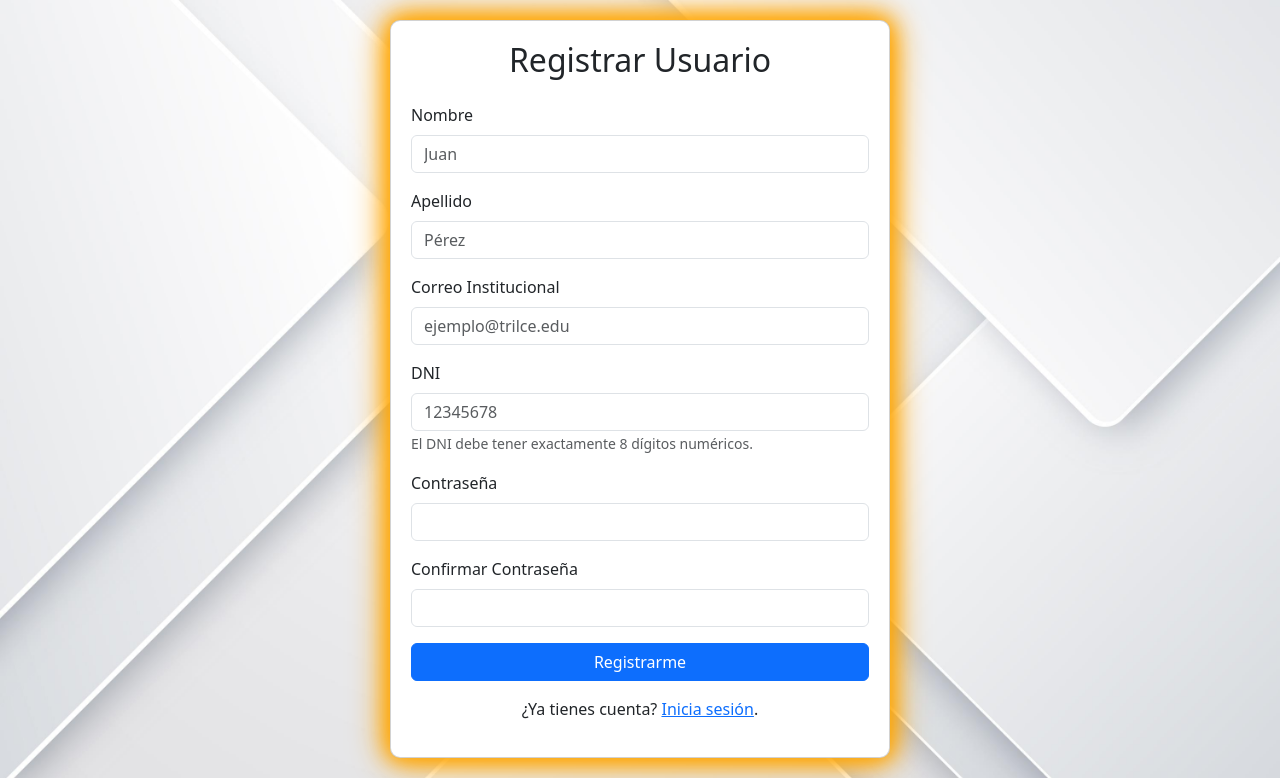
Repository: maycky02/Bibloteca_integrador
Page: http://localhost/registrarme
The author's editor kept a copy of each file at every save. The page is drawn from the files as they stood at one save, then again after the next save.
The browser window is 1280 px wide. The pictures show the whole page.
Backgrounds fixed to the window are drawn as part of the page. The page is this project's Thymeleaf template; nobody is signed in. The template is opened directly, without the code that normally fills it, so the values that code supplies are empty.

Above is the page before, as saved 2024-12-03 22:31:31.

After the next save:
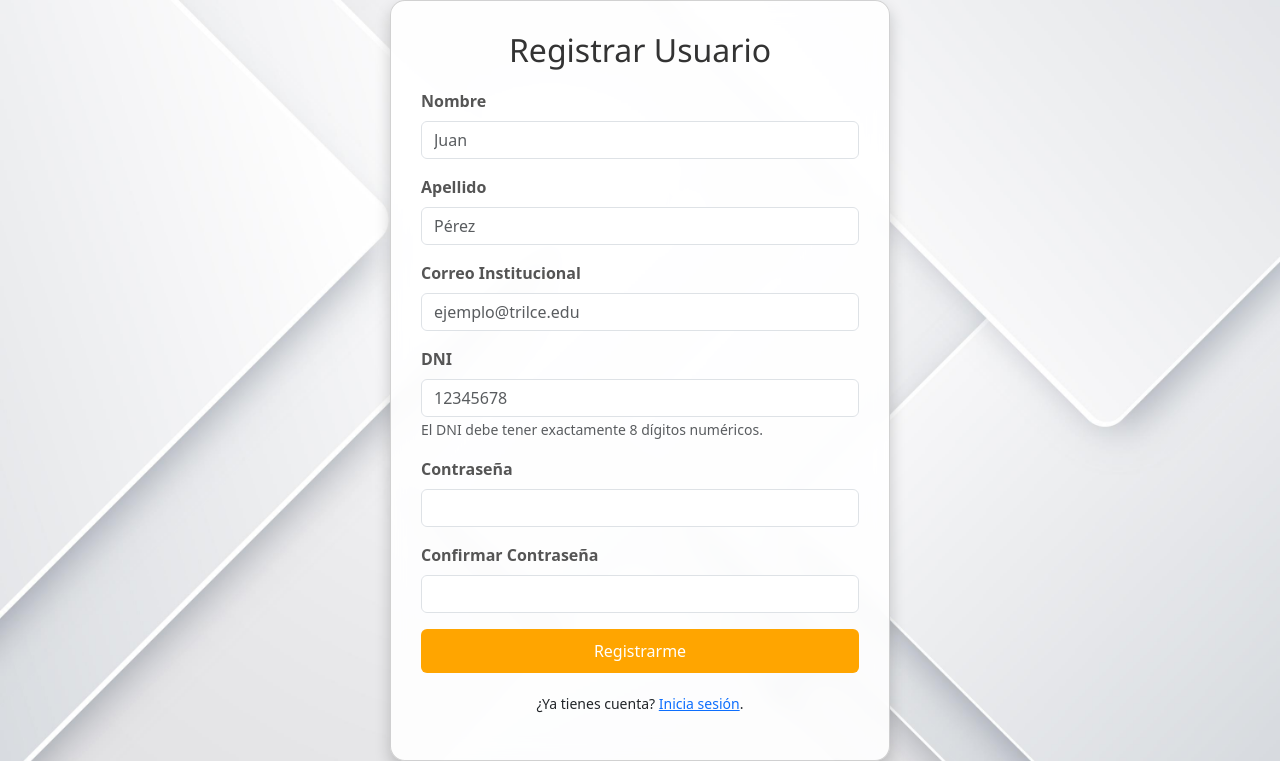
Saved 2 min 2 s later.
--- a/Bibloteca/src/main/resources/templates/registrarme.html
+++ b/Bibloteca/src/main/resources/templates/registrarme.html
@@ -17,76 +17,121 @@
         }
 
         .card {
-            position: relative;
-            margin: 20px 0;
-            width: 500px;
-            padding: 20px;
-            box-shadow: 0 4px 6px rgba(0, 0, 0, 0.1);
-            border-radius: 10px;
-            background: white;
+            width: 100%;
+            max-width: 500px;
+            padding: 30px;
+            background: rgba(255, 255, 255, 0.9);
+            box-shadow: 0 8px 16px rgba(0, 0, 0, 0.2);
+            border-radius: 15px;
             overflow: hidden;
-            animation: glow-effect 1.5s infinite alternate; /* Aplicamos el efecto de brillo */
+            backdrop-filter: blur(10px);
+            transition: transform 0.3s ease, box-shadow 0.3s ease;
         }
 
-        @keyframes glow-effect {
-            0% {
-                box-shadow: 0 0 10px rgba(255, 165, 0, 0.5), 0 0 20px rgba(255, 165, 0, 0.5), 0 0 30px rgba(255, 165, 0, 0.5);
-            }
-            100% {
-                box-shadow: 0 0 20px rgba(255, 165, 0, 1), 0 0 30px rgba(255, 165, 0, 1), 0 0 40px rgba(255, 165, 0, 1);
-            }
+        .card:hover {
+            transform: translateY(-10px);
+            box-shadow: 0 16px 24px rgba(0, 0, 0, 0.3);
         }
 
+        h2 {
+            font-family: 'Segoe UI', Tahoma, Geneva, Verdana, sans-serif;
+            color: #333;
+            text-align: center;
+            margin-bottom: 20px;
+        }
+
+        .form-label {
+            font-weight: bold;
+            color: #555;
+        }
+
+        .btn-primary {
+            background-color: #FFA500; /* Naranja */
+            border: none;
+            padding: 10px;
+            font-size: 16px;
+            transition: background-color 0.3s ease;
+        }
+
+        .btn-primary:hover {
+            background-color: #e68a00;
+        }
+
+        .alert {
+            text-align: center;
+            margin-top: 15px;
+            font-size: 16px;
+        }
+
+        .text-muted {
+            font-size: 14px;
+        }
+
+        .footer {
+            text-align: center;
+            margin-top: 20px;
+            font-size: 14px;
+        }
     </style>
 </head>
 <body>
     <div class="card">
-        <h2 class="text-center mb-4">Registrar Usuario</h2>
-        <!-- Mostrar mensaje de éxito o error -->
+        <h2>Registrar Usuario</h2>
+
+        <!-- Mensajes de éxito o error -->
         <div th:if="${mensaje}" class="alert alert-success" role="alert">
             <p th:text="${mensaje}"></p>
         </div>
         <div th:if="${error}" class="alert alert-danger" role="alert">
             <p th:text="${error}"></p>
         </div>
+
         <form action="/registrarme" method="post">
             <!-- Campo para el nombre -->
             <div class="mb-3">
                 <label for="nombre" class="form-label">Nombre</label>
                 <input type="text" class="form-control" id="nombre" name="nombre" placeholder="Juan" required>
             </div>
+
             <!-- Campo para el apellido -->
             <div class="mb-3">
                 <label for="apellido" class="form-label">Apellido</label>
                 <input type="text" class="form-control" id="apellido" name="apellido" placeholder="Pérez" required>
             </div>
+
             <!-- Campo para el correo -->
             <div class="mb-3">
                 <label for="correo" class="form-label">Correo Institucional</label>
                 <input type="email" class="form-control" id="correo" name="correo" placeholder="ejemplo@trilce.edu" required>
             </div>
+
             <!-- Campo para el DNI -->
             <div class="mb-3">
                 <label for="dni" class="form-label">DNI</label>
                 <input type="text" class="form-control" id="dni" name="dni" pattern="^\d{8}$" maxlength="8" placeholder="12345678" required>
                 <small class="form-text text-muted">El DNI debe tener exactamente 8 dígitos numéricos.</small>
             </div>
+
             <!-- Campo para la contraseña -->
             <div class="mb-3">
                 <label for="contraseña" class="form-label">Contraseña</label>
                 <input type="password" class="form-control" id="contraseña" name="contraseña" required>
             </div>
+
             <!-- Campo para confirmar la contraseña -->
             <div class="mb-3">
                 <label for="confirmarContraseña" class="form-label">Confirmar Contraseña</label>
                 <input type="password" class="form-control" id="confirmarContraseña" name="confirmarContraseña" required>
             </div>
+
             <!-- Botón de registro -->
             <button type="submit" class="btn btn-primary w-100">Registrarme</button>
-            <p class="mt-3 text-center">
-                ¿Ya tienes cuenta? <a href="/login">Inicia sesión</a>.
-            </p>
         </form>
+
+        <div class="footer">
+            <p>¿Ya tienes cuenta? <a href="/login">Inicia sesión</a>.</p>
+        </div>
     </div>
+
 </body>
 </html>
